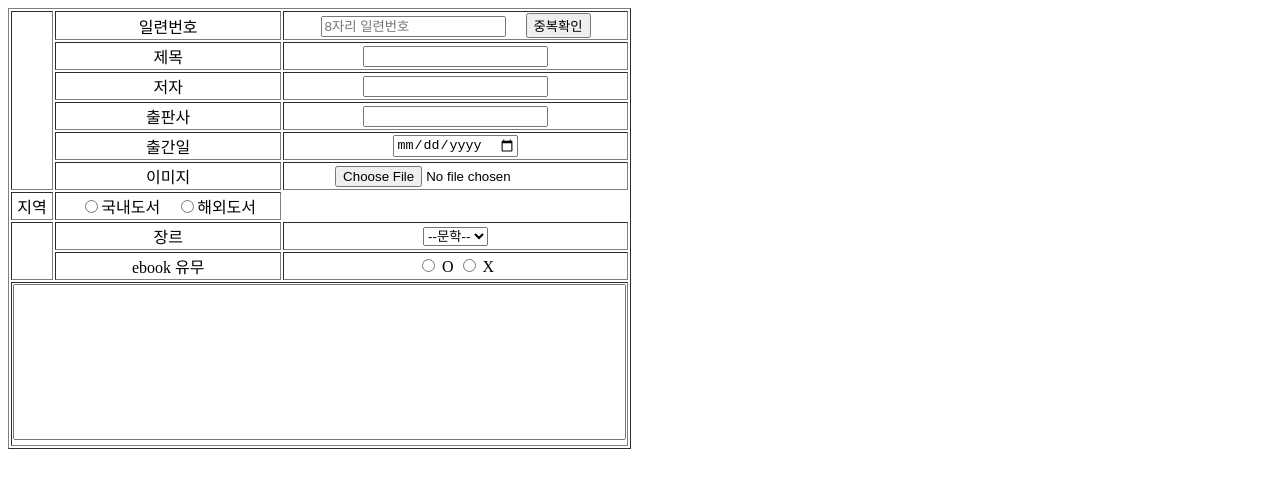
Repository: Served01/Project2_2209
Page: http://localhost/bookReviewProgram/bkListPro.jsp
An editor plug-in stored every save of this project. The page is shown before and after the next save, followed by the edit.
The browser window is 1280 px wide. The pictures show the whole page.
The page is served by Tomcat 9.

Above is the page before, as saved 2022-09-24 04:10:48.

After the next save:
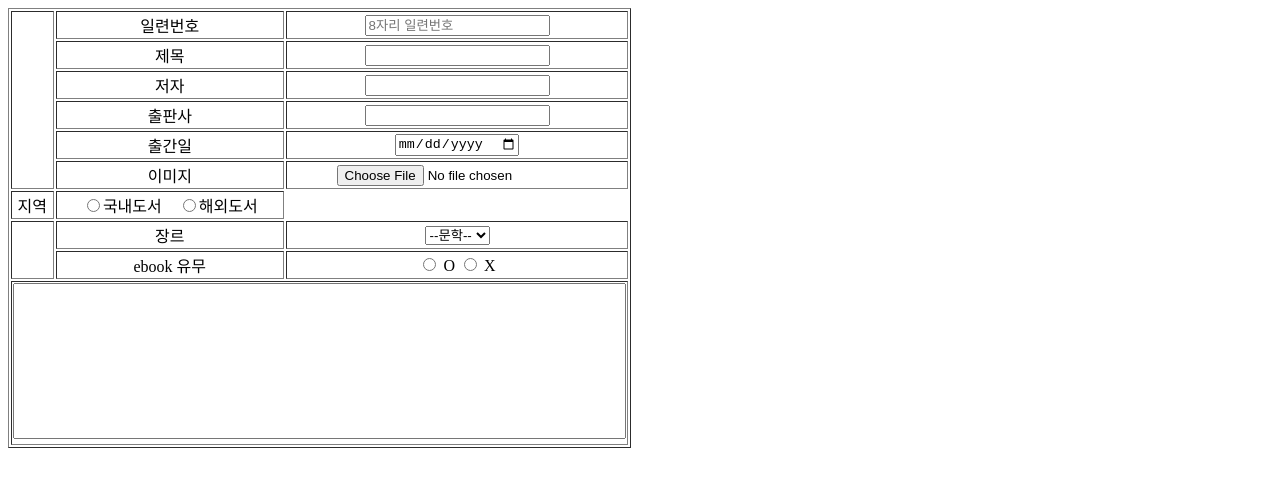
Saved 16 s later.
--- a/bookReviewProgram/src/main/webapp/bkListPro.jsp
+++ b/bookReviewProgram/src/main/webapp/bkListPro.jsp
@@ -11,9 +11,7 @@
 	<tr align = "center">
 		<td rowspan="6">
 		<td>일련번호</td>
-		<td><input type="text" name="bk_number" placeholder="8자리 일련번호"/>
-			&nbsp; &nbsp;
-			<button type="button">중복확인</button></td>
+		<td><input type="text" name="bk_number" placeholder="8자리 일련번호"/></td>
 	</tr>
 	<tr align = "center">
 		<!-- <td> rowspan=6 -->
